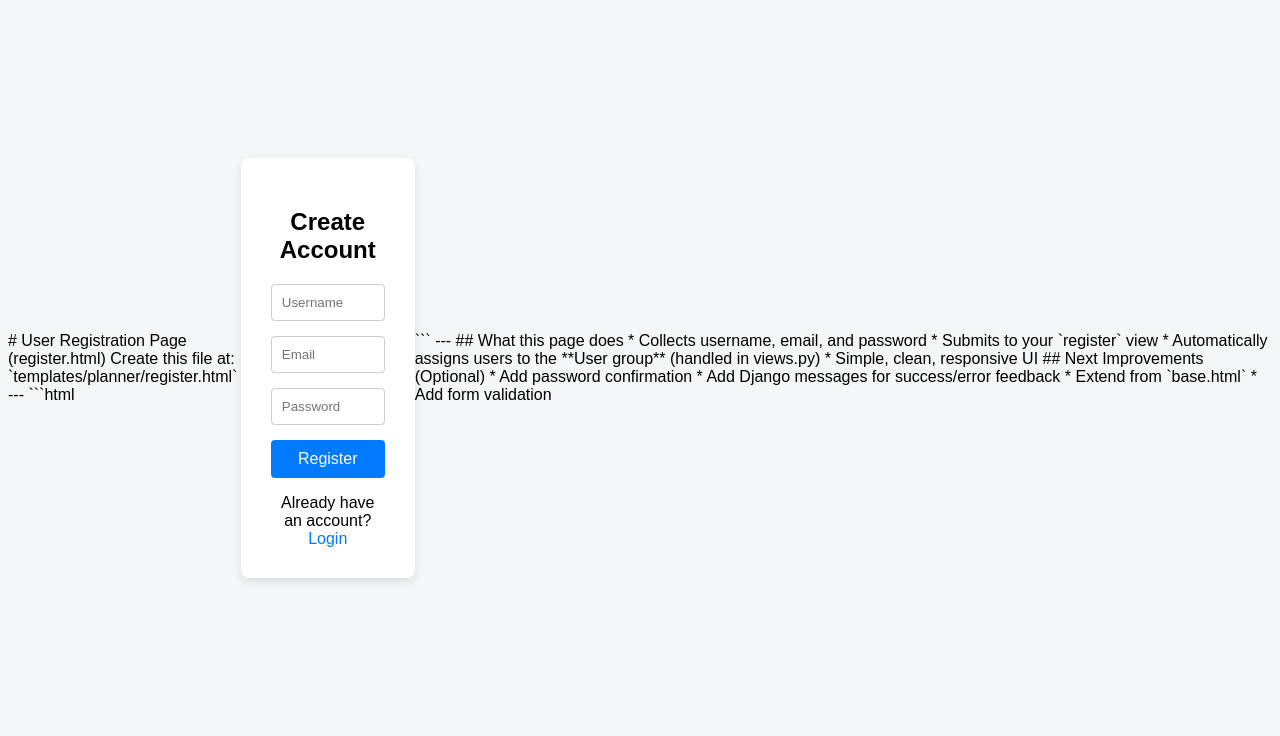
Repository: OCEANIC7/GROUP9
Page: travelplanner/planner/templates/planner/register.html
These files come from the project's save history. The page is drawn as it stood at one moment and after the next save; the edit follows.
The browser window is 1280 px wide. The pictures show the whole page.
The template is drawn by Django 5.2. The application's start-up code is not run. The template is opened directly, without the code that normally fills it, so the values that code supplies are empty.

Above is the page before, as saved 2026-02-03 21:47:52.

After the next save:
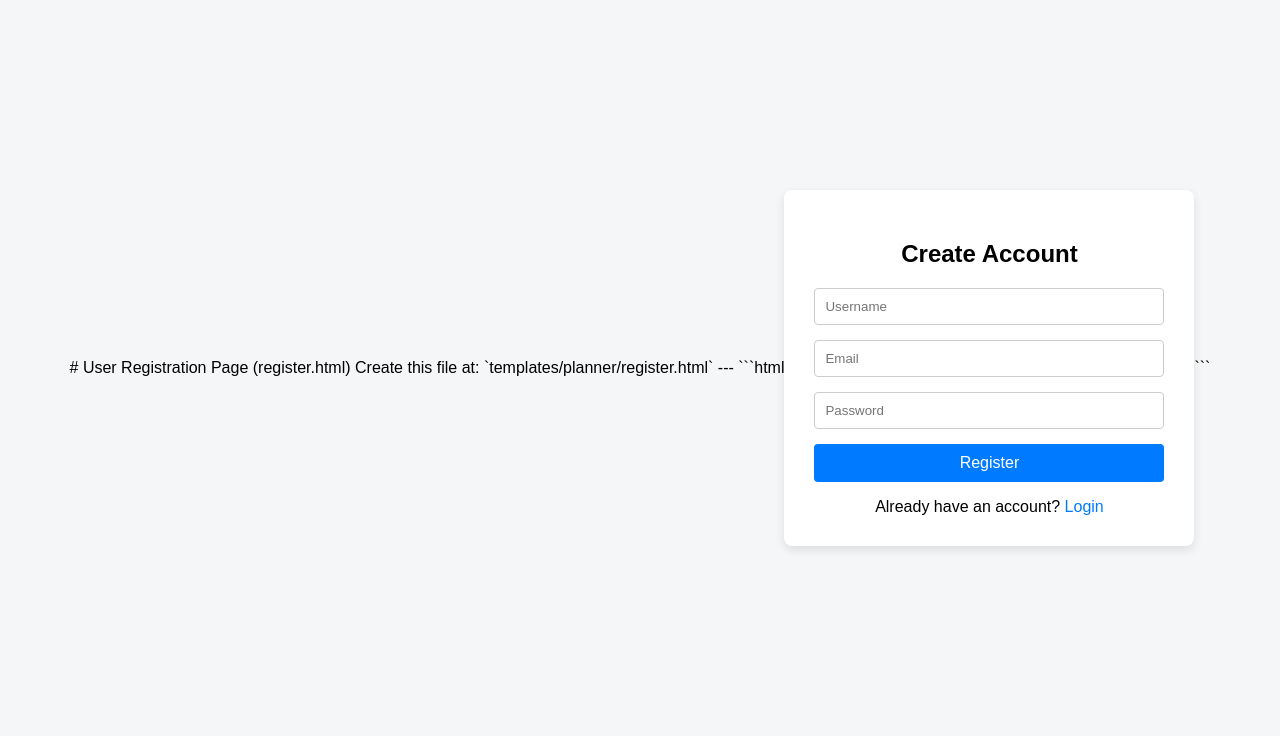
Saved 10 s later.
--- a/travelplanner/planner/templates/planner/register.html
+++ b/travelplanner/planner/templates/planner/register.html
@@ -84,19 +84,3 @@ Create this file at:
 </body>
 </html>
 ```
-
----
-
-## What this page does
-
-* Collects username, email, and password
-* Submits to your `register` view
-* Automatically assigns users to the **User group** (handled in views.py)
-* Simple, clean, responsive UI
-
-## Next Improvements (Optional)
-
-* Add password confirmation
-* Add Django messages for success/error feedback
-* Extend from `base.html`
-* Add form validation
